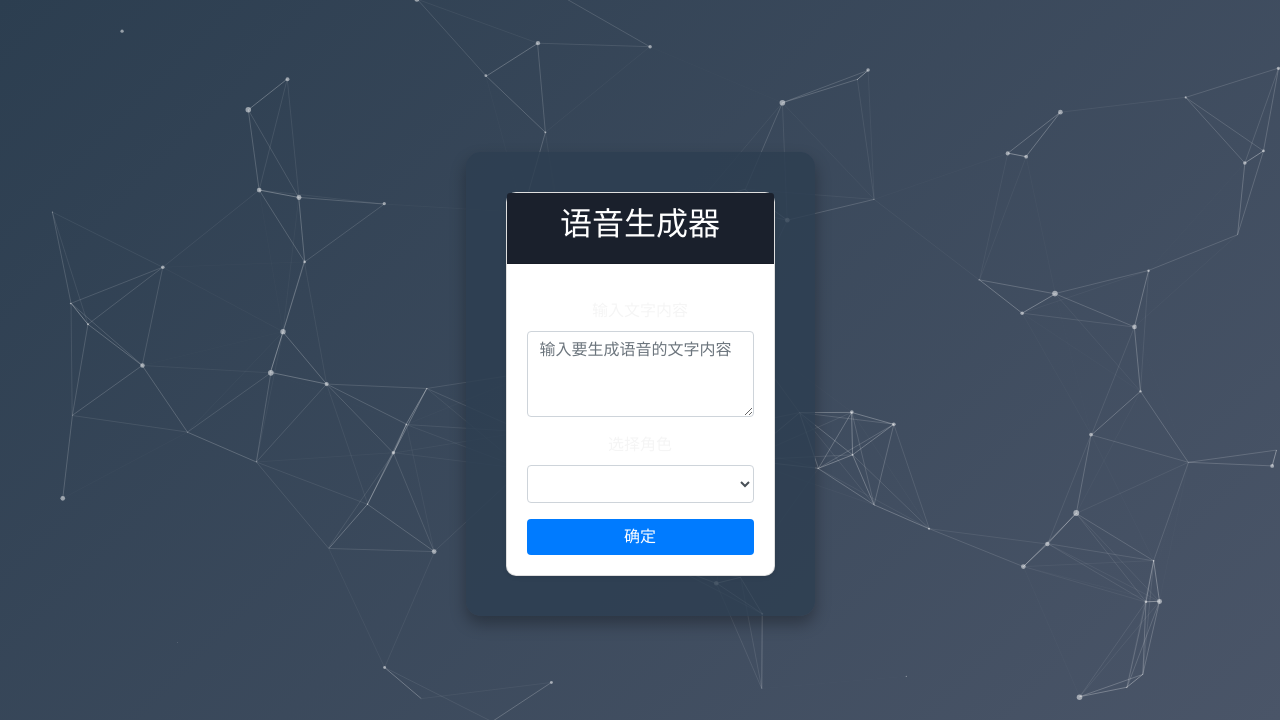
Repository: escapistmost/VOICE
Page: /
These files come from the project's save history. The page is drawn as it stood at one moment and after the next save; the edit follows.
The browser window is 1280 px wide. The pictures show the whole page.
The project was rebuilt for these pictures with package versions that can differ from the ones it lists, and the page was loaded fresh each time. Also part of the build but not shown: vue.config.js.

Above is the page before, as saved 2024-06-01 18:56:15.

### public/index.html
<!DOCTYPE html>
<html lang="en">
  <head>
    <meta charset="utf-8">
    <meta name="viewport" content="width=device-width, initial-scale=1.0">
    <title>Voice Generator</title>
    <link href="https://stackpath.bootstrapcdn.com/bootstrap/4.5.2/css/bootstrap.min.css" rel="stylesheet">
    <link href="/style.css" rel="stylesheet">
  </head>
  <body>
    <div id="app"></div>
    <script src="https://cdn.jsdelivr.net/npm/particles.js@2.0.0/particles.min.js"></script>
  </body>
</html>

### src/App.vue
<template>
  <div id="app">
    <div id="particles-js"></div>
    <VoiceGenerator />
  </div>
</template>

<script>
import VoiceGenerator from './components/VoiceGenerator.vue';

export default {
  name: 'App',
  components: {
    VoiceGenerator
  },
  mounted() {
    particlesJS.load('particles-js', '/particles.json', function() {
      console.log('particles.js loaded - callback');
    });
  }
};
</script>

<style>
#app {
  font-family: Avenir, Helvetica, Arial, sans-serif;
  -webkit-font-smoothing: antialiased;
  -moz-osx-font-smoothing: grayscale;
  text-align: center;
  color: #f5f5f5;
  height: 100vh;
  display: flex;
  justify-content: center;
  align-items: center;
}
</style>

### src/components/VoiceGenerator.vue
<template>
  <div class="container mt-5">
    <div class="card shadow-sm">
      <div class="card-header text-white text-center">
        <h2>语音生成器</h2>
      </div>
      <div class="card-body">
        <div class="form-group">
          <label for="textInput">输入文字内容</label>
          <textarea class="form-control" id="textInput" v-model="text" rows="3" placeholder="输入要生成语音的文字内容"></textarea>
        </div>
        <div class="form-group">
          <label for="roleSelect">选择角色</label>
          <select class="form-control" id="roleSelect" v-model="selectedRole">
            <option v-for="role in roles" :key="role" :value="role">{{ role }}</option>
          </select>
        </div>
        <button class="btn btn-primary btn-block" @click="generateVoice">确定</button>
        <div v-if="audioUrl" class="mt-4 text-center">
          <audio controls :src="audioUrl"></audio>
          <button class="btn btn-success mt-2" @click="downloadVoice">下载</button>
        </div>
      </div>
    </div>
  </div>
</template>

<script>
export default {
  data() {
    return {
      text: '',
      selectedRole: '',
      roles: ['角色1', '角色2', '角色3'],
      audioUrl: ''
    };
  },
  methods: {
    async generateVoice() {
      try {
        const response = await fetch('API_ENDPOINT', {
          method: 'POST',
          headers: {
            'Content-Type': 'application/json'
          },
          body: JSON.stringify({
            text: this.text,
            role: this.selectedRole
          })
        });

        if (!response.ok) {
          throw new Error(`HTTP error! status: ${response.status}`);
        }

        const data = await response.json();
        this.audioUrl = data.audioUrl; // 假设 API 返回生成语音的 URL
      } catch (error) {
        console.error('Error:', error);
        alert('生成语音时发生错误，请检查控制台以获取更多信息。');
      }
    },
    downloadVoice() {
      const link = document.createElement('a');
      link.href = this.audioUrl;
      link.download = 'generated-voice.mp3';
      link.click();
    }
  }
};
</script>

<style scoped>
.container {
  max-width: 600px;
}
.card {
  border-radius: 10px;
}
.card-header {
  background-color: #1a202c;
}
</style>

### public/style.css
body {
    margin: 0;
    overflow: hidden;
    font-family: 'Arial', sans-serif;
  }

  #particles-js {
    position: absolute;
    width: 100%;
    height: 100%;
    background: linear-gradient(135deg, #2c3e50 0%, #4a5568 100%);
    background-size: cover;
    z-index: -1;
  }

  .container {
    background: rgba(44, 62, 80, 0.8); /* 使背景更加融入整体 */
    border-radius: 15px;
    box-shadow: 0 8px 16px rgba(0, 0, 0, 0.3);
    padding: 40px; /* 增加内边距 */
    width: 100%;
    max-width: 800px; /* 增加最大宽度 */
    color: #f5f5f5; /* 统一文字颜色 */
  }

  .card-header {
    background-color: rgba(0, 123, 255, 0.8); /* 调整透明度 */
    color: white;
    border-radius: 15px 15px 0 0;
  }

  .btn-primary {
    background-color: #007bff;
    border: none;
  }

  .btn-primary:hover {
    background-color: #0056b3;
  }

  audio {
    width: 100%;
    margin-top: 15px;
  }

  .text-center {
    margin-bottom: 15px;
  }

### public/particles.json
{
    "particles": {
      "number": {
        "value": 80,
        "density": {
          "enable": true,
          "value_area": 800
        }
      },
      "color": {
        "value": "#ffffff"
      },
      "shape": {
        "type": "circle",
        "stroke": {
          "width": 0,
          "color": "#000000"
        },
        "polygon": {
          "nb_sides": 5
        },
        "image": {
          "src": "img/github.svg",
          "width": 100,
          "height": 100
        }
      },
      "opacity": {
        "value": 0.5,
        "random": false,
        "anim": {
          "enable": false,
          "speed": 1,
          "opacity_min": 0.1,
          "sync": false
        }
      },
      "size": {
        "value": 3,
        "random": true,
        "anim": {
          "enable": false,
          "speed": 40,
          "size_min": 0.1,
          "sync": false
        }
      },
      "line_linked": {
        "enable": true,
        "distance": 150,
        "color": "#ffffff",
        "opacity": 0.4,
        "width": 1
      },
      "move": {
        "enable": true,
        "speed": 2,
        "direction": "none",
        "random": false,
        "straight": false,
        "out_mode": "out",
        "bounce": false,
        "attract": {
          "enable": false,
          "rotateX": 600,
          "rotateY": 1200
        }
      }
    },
    "interactivity": {
      "detect_on": "canvas",
      "events": {
        "onhover": {
          "enable": true,
          "mode": "repulse"
        },
        "onclick": {
          "enable": true,
          "mode": "push"
        },
        "resize": true
      },
      "modes": {
        "grab": {
          "distance": 400,
          "line_linked": {
            "opacity": 1
          }
        },
        "bubble": {
          "distance": 400,
          "size": 40,
          "duration": 2,
          "opacity": 8,
          "speed": 3
        },
        "repulse": {
          "distance": 200,
          "duration": 0.4
        },
        "push": {
          "particles_nb": 4
        },
        "remove": {
          "particles_nb": 2
        }
      }
    },
    "retina_detect": true
  }

Loaded but not shown: src/main.js (common file)

After the next save:
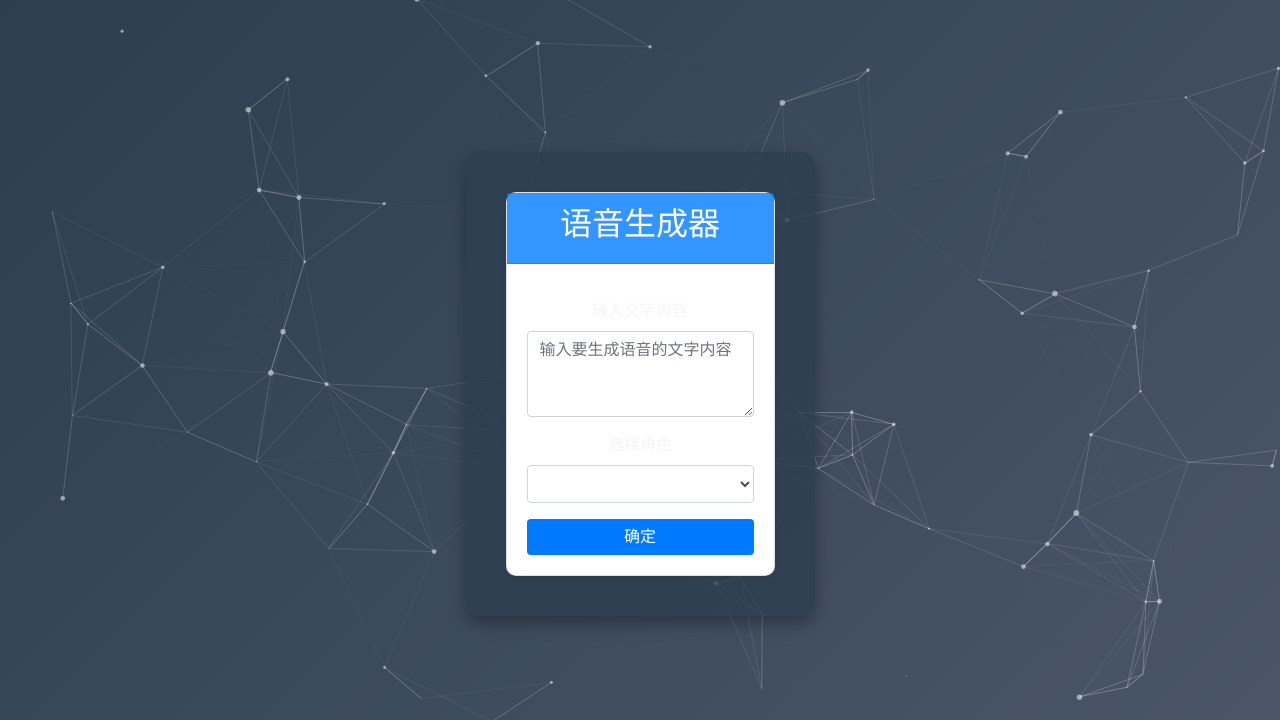
Saved 43 s later.
--- a/src/components/VoiceGenerator.vue
+++ b/src/components/VoiceGenerator.vue
@@ -72,12 +72,16 @@ export default {
 
 <style scoped>
 .container {
-  max-width: 600px;
+  max-width: 800px; /* 增加最大宽度 */
+  background: rgba(44, 62, 80, 0.8); /* 使背景更加融入整体 */
+  border-radius: 15px;
+  box-shadow: 0 8px 16px rgba(0, 0, 0, 0.3);
+  padding: 40px; /* 增加内边距 */
 }
 .card {
   border-radius: 10px;
 }
 .card-header {
-  background-color: #1a202c;
+  background-color: rgba(0, 123, 255, 0.8); /* 调整透明度 */
 }
 </style>
